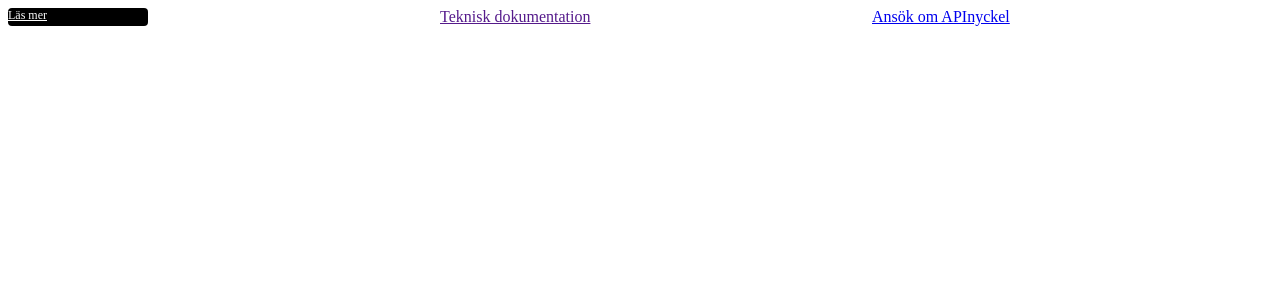
Repository: rudasn/docsy-cms-netlify
Page: layouts/partials/link.html
An editor plug-in stored every save of this project. The page is shown before and after the next save, followed by the edit.
The browser window is 1280 px wide. The pictures show the whole page.

Above is the page before, as saved 2021-05-11 11:43:03.

After the next save:
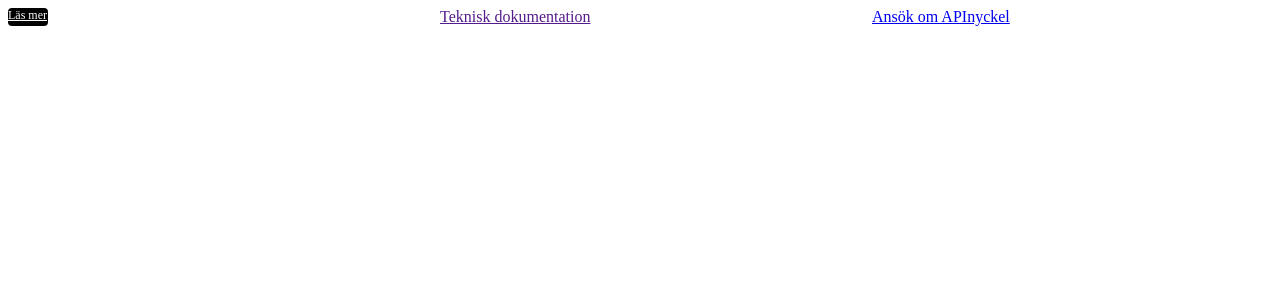
Saved 62 min 25 s later.
--- a/layouts/partials/link.html
+++ b/layouts/partials/link.html
@@ -4,7 +4,7 @@
 background-color: black;
 border-radius: 4px;
 text-align: start;
-max-width: 35%;
+max-width: 10%;
 max-height: auto;
 
 font-size: 12px;
